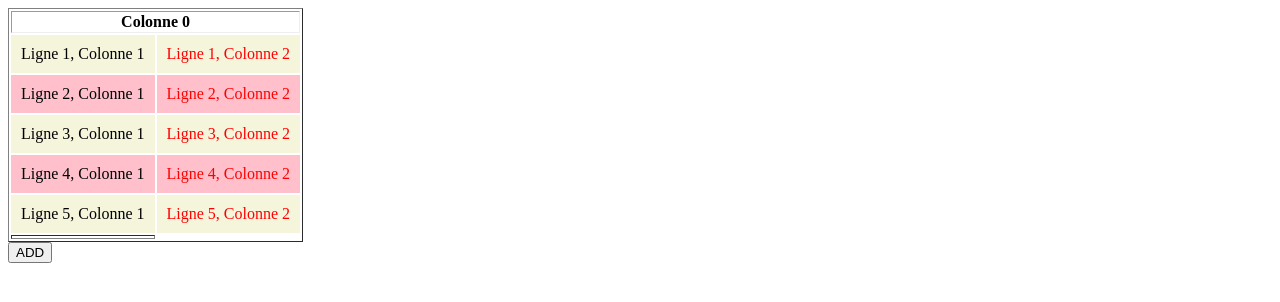
Repository: Chaimaa482/web-tp4
Page: ex1.html
The author's editor kept a copy of each file at every save. The page is drawn from the files as they stood at one save, then again after the next save.
The browser window is 1280 px wide. The pictures show the whole page.
After loading, the first visible `button` was clicked once.

Above is the page before, as saved 2023-10-29 14:49:59.

After the next save:
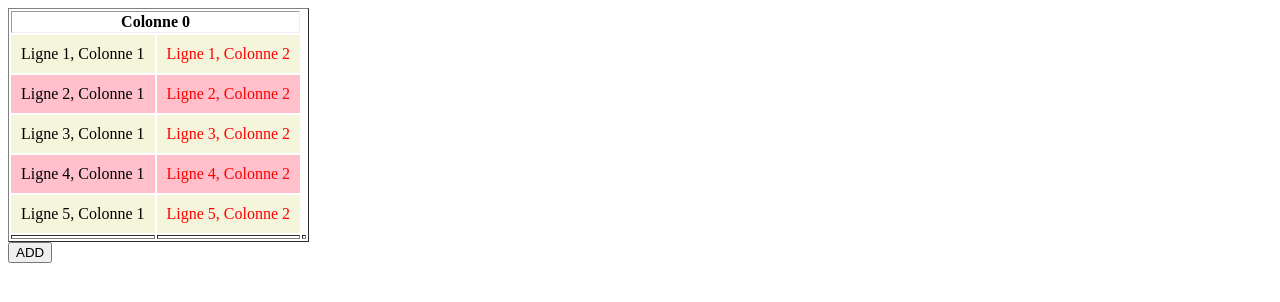
Saved 59 s later.
--- a/ex1.html
+++ b/ex1.html
@@ -82,7 +82,7 @@
          //
          var addButton = document.querySelector('button');
          addButton.addEventListener('click', function() {
-         var newRow = document.createElement('td');
+         var newRow = document.createElement('tr');
          newRow.innerHTML = "<td></td><td></td><td></td>";
 
          document.querySelector('table').appendChild(newRow);
